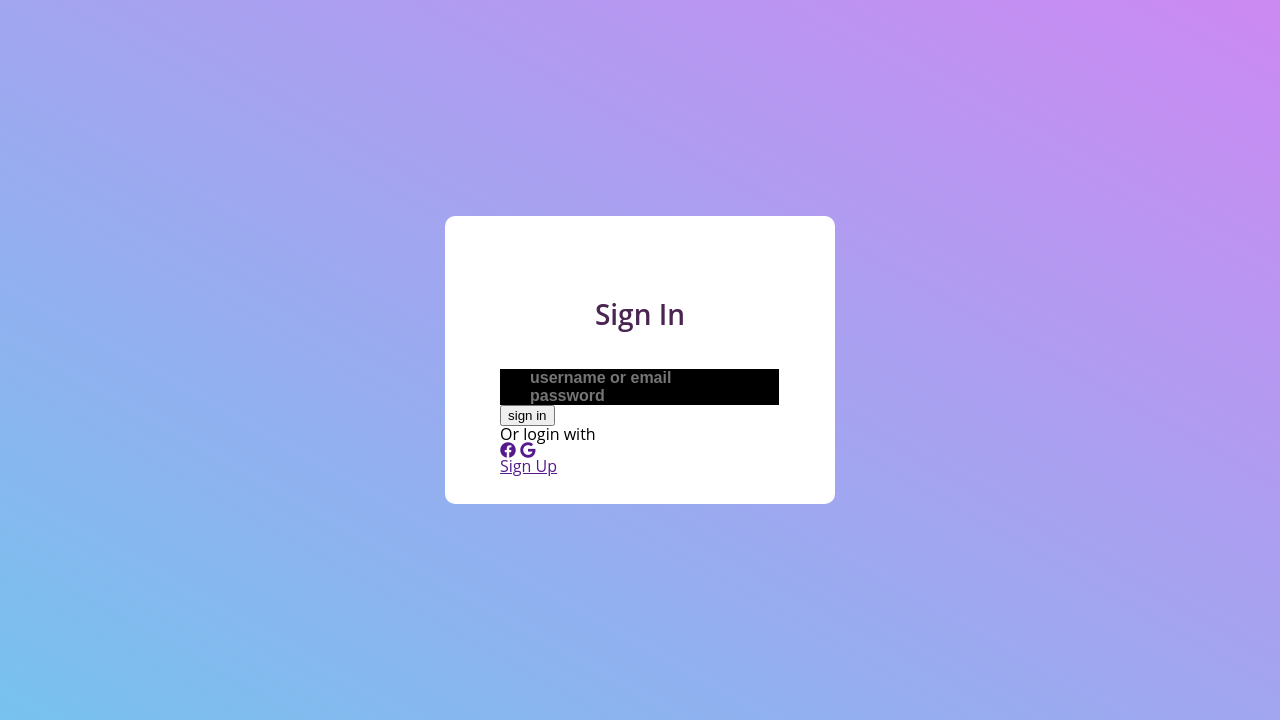
Repository: letrongtinh27/LapTrinhWeb
Page: signin/index.html
These files come from the project's save history. The page is drawn as it stood at one moment and after the next save; the edit follows.
The browser window is 1280 px wide. The pictures show the whole page.

Above is the page before, as saved 2022-10-09 20:44:39.

After the next save:
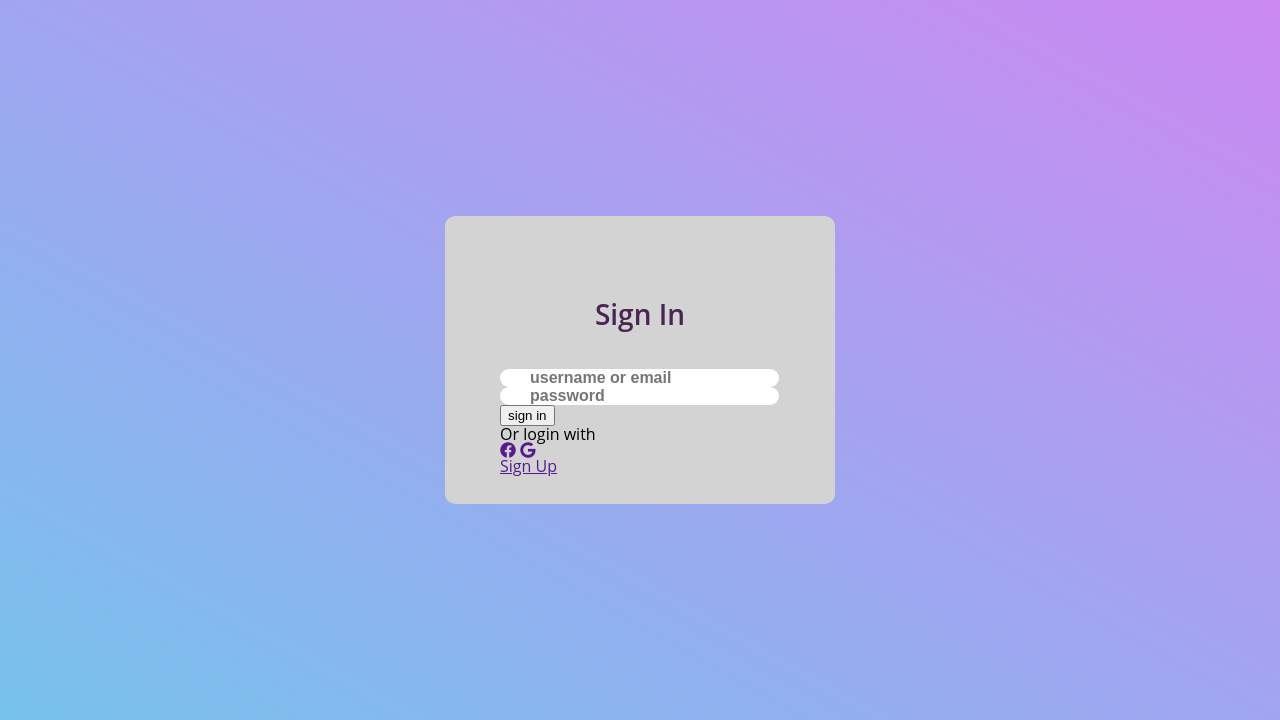
Saved 38 s later.
--- a/signin/style.css
+++ b/signin/style.css
@@ -16,7 +16,7 @@ body {
 }
 
 .sign-in{
-    background-color: #ffffff;
+    background-color: lightgray;
     border-radius: 10px;
     width: 100%;
     max-width: 390px;
@@ -34,13 +34,10 @@ body {
 .form-group{
 
 }
-.form-item{
-    border-radius: 20px;
-
-}
 
 .form-item> input{
-    background-color: black;
+    border-radius: 20px;
+    background-color: #ffffff;
     padding: 0 30px;
     border: 0;
     color: #4a2552;
